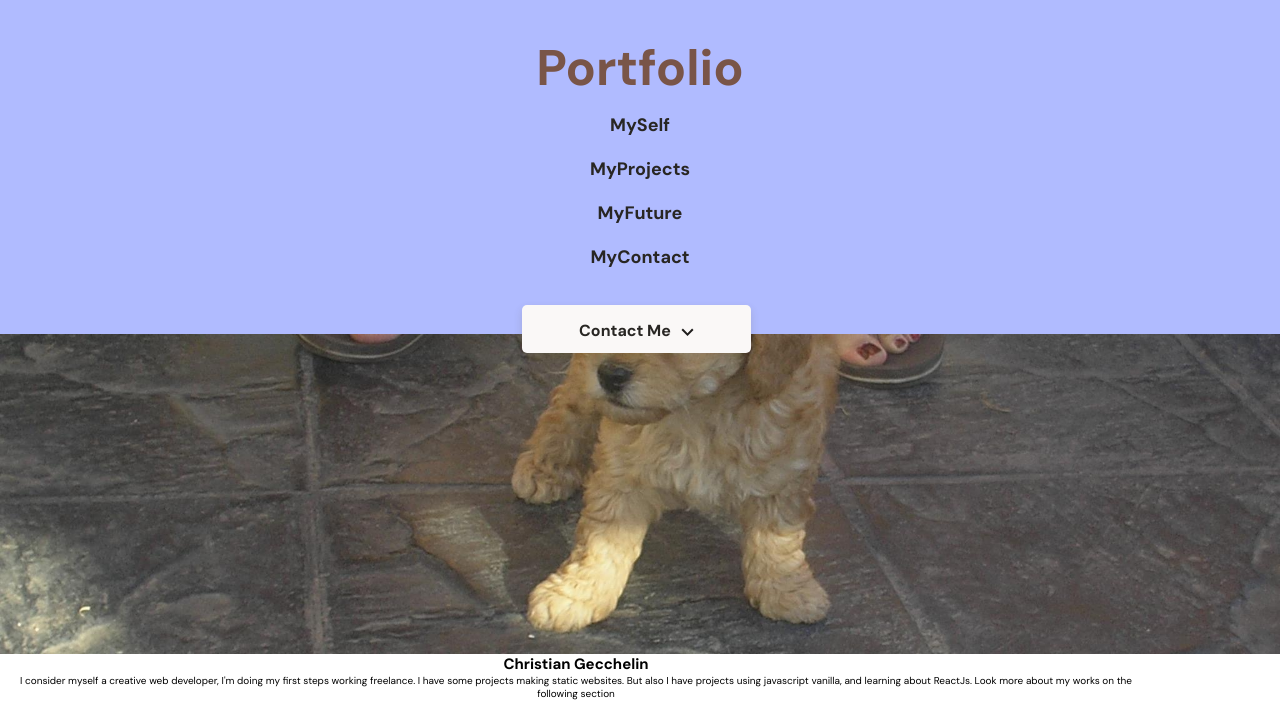
Repository: ChristianGecchelin/PortfolioOnline
Page: index.html
The author's editor kept a copy of each file at every save. The page is drawn from the files as they stood at one save, then again after the next save.
The browser window is 1280 px wide. The pictures show the whole page.

Above is the page before, as saved 2022-01-08 20:18:19.

### index.html
<!DOCTYPE html>
<html lang="en">
  <head>
    <meta charset="UTF-8" />
    <meta http-equiv="X-UA-Compatible" content="IE=edge" />
    <meta name="viewport" content="width=device-width, initial-scale=1.0" />
    <title>Portfolio Christian</title>
    <link rel="preconnect" href="https://fonts.googleapis.com" />
    <link rel="preconnect" href="https://fonts.gstatic.com" crossorigin />
    <link
      href="https://fonts.googleapis.com/css2?family=DM+Sans:wght@400;500;700&family=Inter:wght@300;500&display=swap"
      rel="stylesheet"
    />
    <link rel="stylesheet" href="./styles/styles.css" />
  </head>
  <body>
    <header>
      <nav>
        <h1>Portfolio</h1>
        <ul class="list-container">
          <li class="list-container-link">
            <a class="" href="">MySelf</a>
          </li>
          <li class="list-container-link">
            <a class="" href="">MyProjects</a>
          </li>
          <li class="list-container-link">
            <a class="" href="">MyFuture</a>
          </li>
          <li class="list-container-link">
            <a class="" href="">MyContact</a>
          </li>
        </ul>
        <a class="header--nav-button" href="#MyContact">
          Contact Me<span></span
        ></a>
      </nav>
    </header>
    <main>
      <section class="principalContainer-mySelf">
        <div class="principalContainer-mySelf--image">
          <div class="image-cv"></div>
        </div>
        <div class="principalContainer-mySelf--information">
          <h2>Christian Gecchelin</h2>
          <p>
            I consider myself a creative web developer, I'm doing my first steps
            working freelance. I have some projects making static websites. But
            also I have projects using javascript vanilla, and learning about
            ReactJs. Look more about my works on the following section
          </p>
        </div>
      </section>

      <section class="principalContainer-myProject"></section>
      <section class="principalContainer-myFuture"></section>
      <section class="principalContainer-myContact"></section>
    </main>
  </body>
</html>

### styles/styles.css
:root {
  --strong-orange: #f7931a;
  --soft-orange: #ffe9d5;
  --secondary-blue: #1a9af7;
  --soft-blue: #e7f5ff;
  --warm-black: #201e1c;
  --black: #282623;
  --grey: #bababa;
  --off-white: #faf8f7;
  --just-white: #fff;
  --light-violet: #b0bbff;
  --strong-violet: #5764b3;
  --skin-color: #ffecb0;
  --yellow-skin-color: #fff3c9;
  --almost-brown: #b3a169;
}
* {
  box-sizing: border-box;
  margin: 0;
  padding: 0;
}
html {
  font-size: 62.5%;
  font-family: "DM Sans", sans-serif;
}
header {
  display: flex;
  flex-direction: column;
  justify-content: center;
  height: 334px;
  background: var(--light-violet);
  text-align: center;
}
header nav {
  flex-direction: column;
  justify-content: center;
  width: 90%;
  min-width: 288px;
  height: 218px;
  align-self: center;
  text-align: center;
  margin-top: -30px;
}
header nav h1 {
  font-size: 5rem;
  font-weight: 700;
  line-height: 5rem;
  color: #795548;
}

header nav .list-container-link {
  margin-top: 20px;
  list-style: none;
}
header nav .list-container-link a {
  font-size: 1.8rem;
  font-weight: 700;
  line-height: 2.4rem;
  text-decoration: none;
  color: var(--black);
}

header nav .header--nav-button {
  position: absolute;
  top: 270px;
  left: calc(50% - 118px);
  display: block;
  margin-top: 35px;
  padding: 15px;
  width: 229px;
  height: 48px;
  background-color: var(--off-white);
  font-size: 1.6rem;
  font-weight: 700;
  text-decoration: none;
  color: var(--black);
  box-shadow: 0px 4px 8px rgba(89, 73, 30, 0.16);
  border: none;
  border-radius: 5px;
}
header nav .header--nav-button span {
  display: inline-block;
  width: 13px;
  height: 8px;
  margin-left: 10px;
  background-image: url(../assets/icons/down-arrow.svg);
}
main {
  width: 100%;
  height: auto;
}
main .principalContainer-mySelf {
  display: flex;
  flex-direction: column;
  justify-content: center;
  width: 100%;
  min-width: 320px;
  height: auto;
  text-align: center;
}
.principalContainer-mySelf--image .image-cv {
  min-width: 320px;
  height: 320px; /* luego en las otras resos lo agrando */
  margin: 0 auto;
  background-image: url(../assets/images/IMG_4340.JPG);
  background-size: cover;
  background-position: center;
  background-repeat: no-repeat;
}
.principalContainer-mySelf--information {
  width: 90%;

  text-align: center;
}

After the next save:
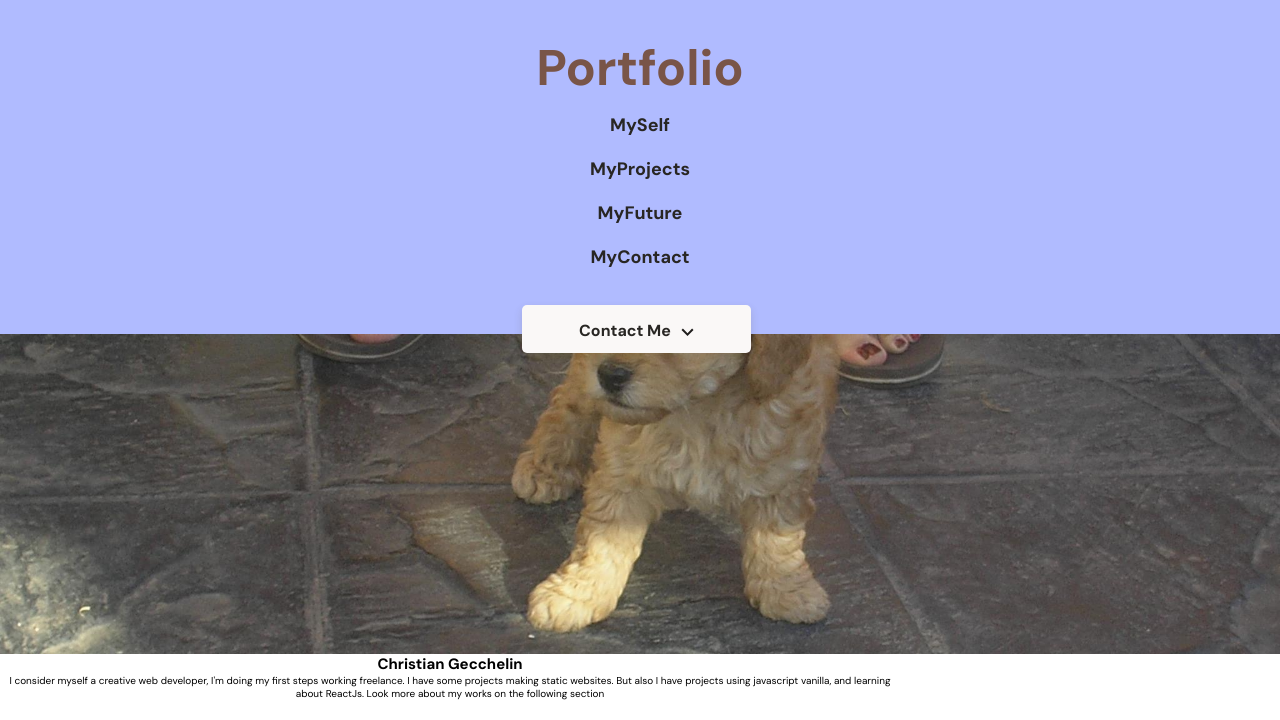
Saved 16 s later.
--- a/styles/styles.css
+++ b/styles/styles.css
@@ -109,6 +109,7 @@ main .principalContainer-mySelf {
 }
 .principalContainer-mySelf--information {
   width: 90%;
-
+  min-width: 288px;
+  max-width: 900px;
   text-align: center;
 }
